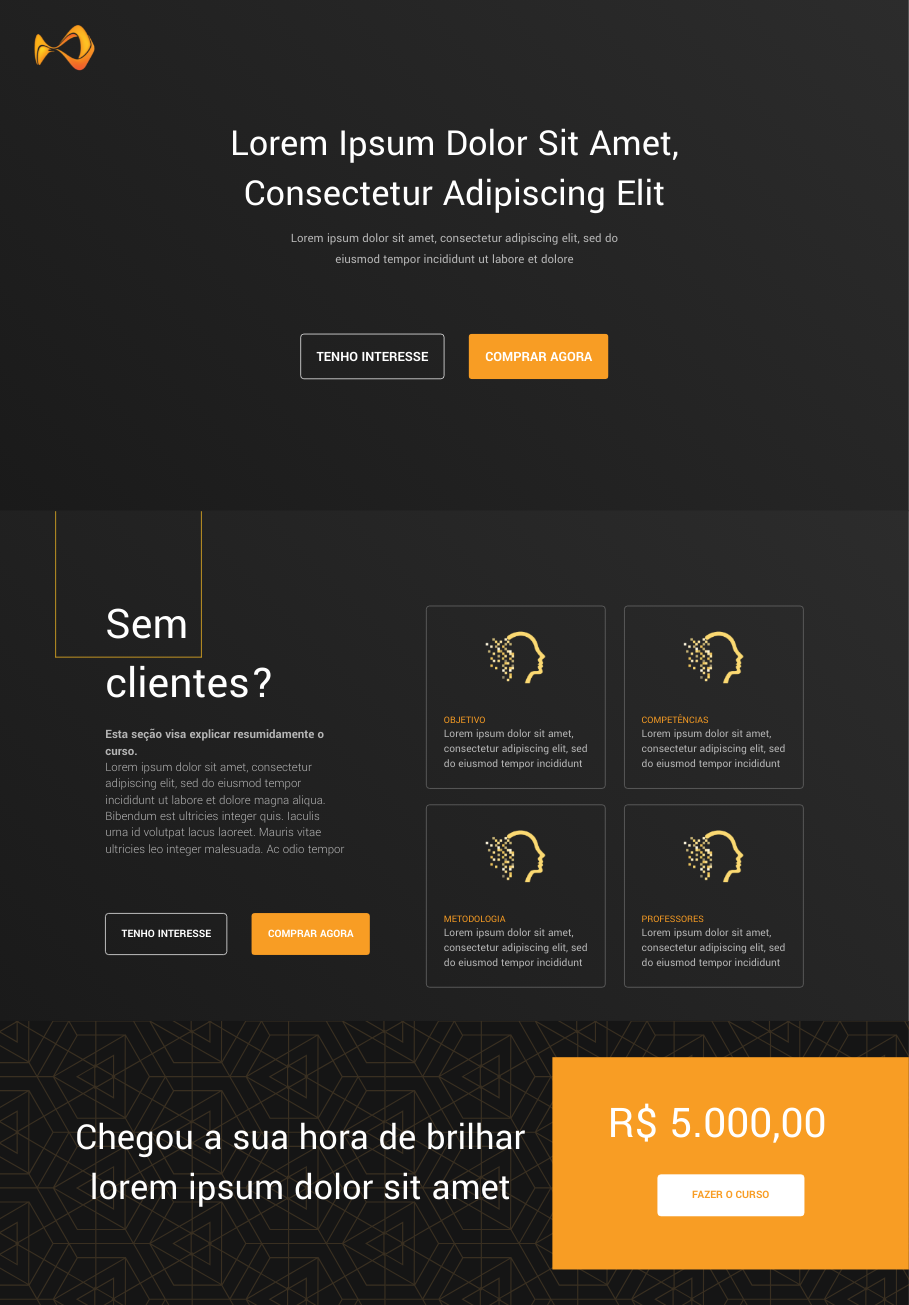
Repository: Rafael-Araujo-dev/Treinamento-Raccoon
Page: Projeto-2/index.html
The author's editor kept a copy of each file at every save. The page is drawn from the files as they stood at one save, then again after a run of saves.
The browser window is 1280 px wide. The pictures show the whole page, at 71% of full size.

Above is the page before, as saved 2021-09-23 11:27:02.

After the next 2 saves:
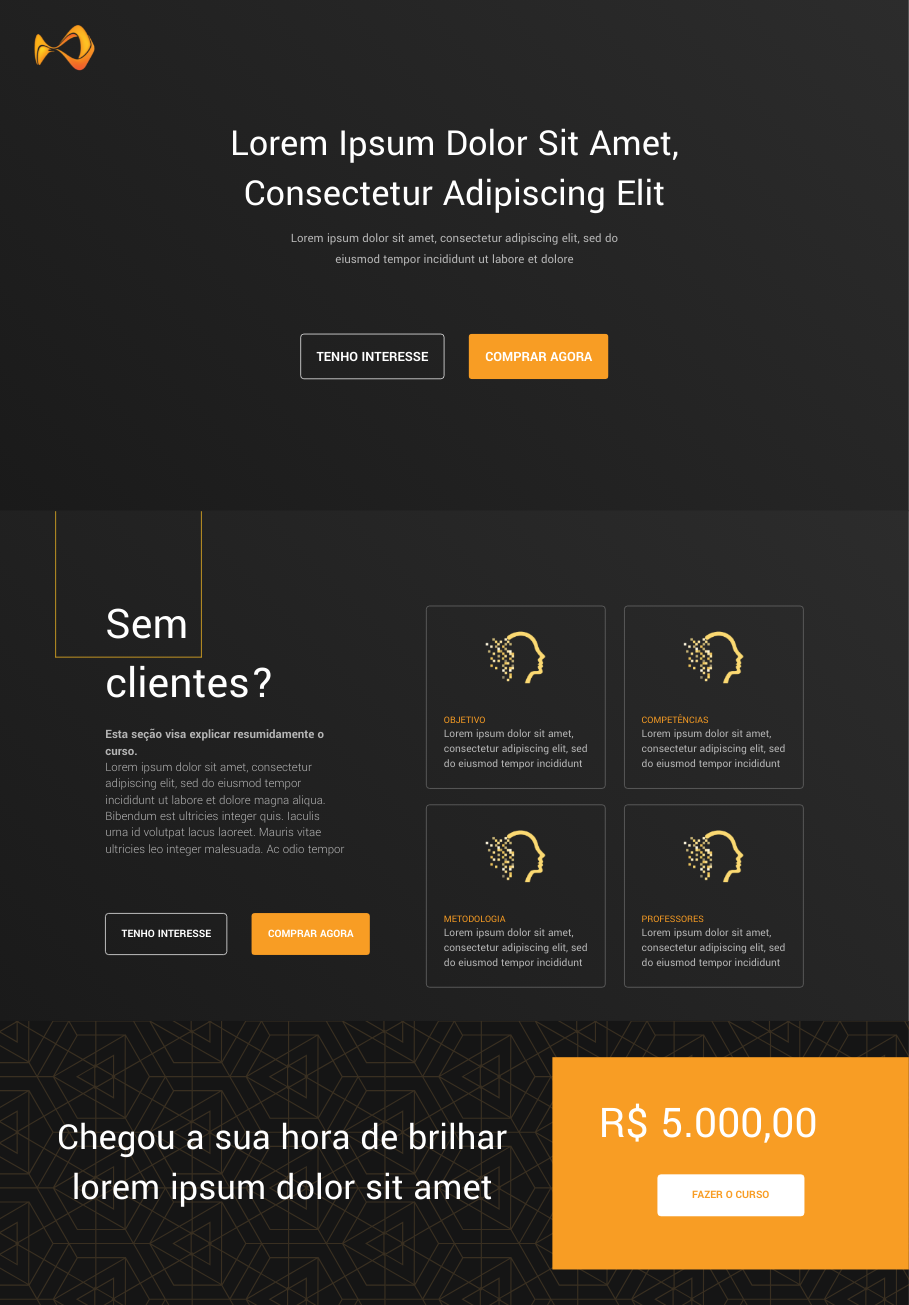
The 2 saves are shown as one change because they came seconds apart.
The last was saved 5 s later.
--- a/Projeto-2/css/style.css
+++ b/Projeto-2/css/style.css
@@ -357,7 +357,7 @@
     font-size: 54px;
     color: #FFFFFF;
     text-align: center;
-    margin-right: 3vw;
+    margin-right: 5vw;
 }
 
 .take-course .container .card {
